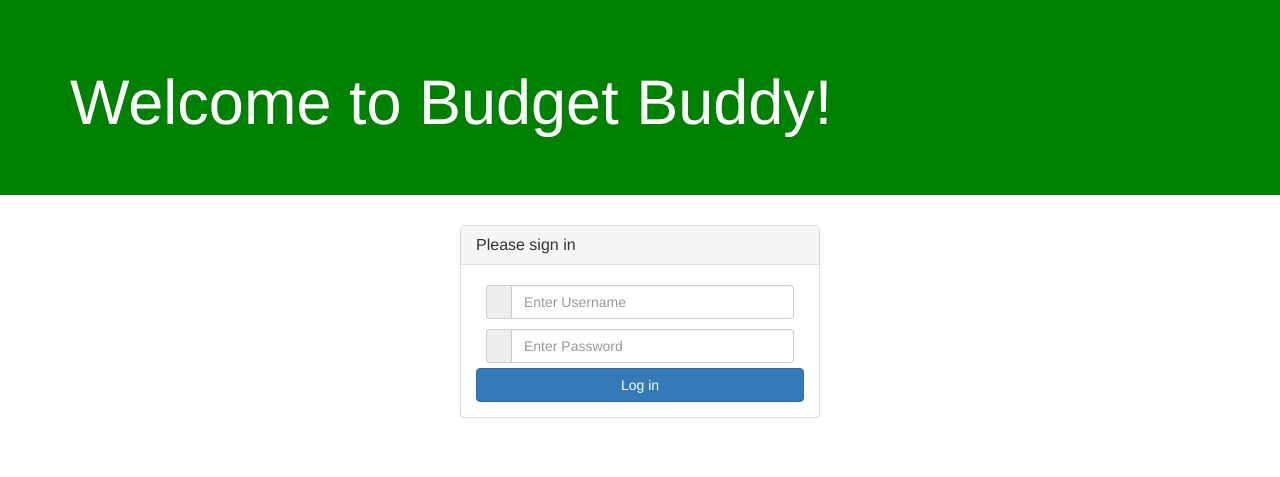
Repository: jdfost1/BudgetBuddy
Page: http://localhost/budgetbuddy/login
These files come from the project's save history. The page is drawn as it stood at one moment and after the next save; the edit follows.
The browser window is 1280 px wide. The pictures show the whole page.
Some web libraries are served in a nearby version. The page is served by Tomcat 9. Other server files are loaded and not shown.

Above is the page before, as saved 2018-10-09 06:41:16.

### budgetbuddy/src/main/webapp/WEB-INF/jsp/login.jsp
<%@ taglib prefix="c" uri="http://java.sun.com/jsp/jstl/core"%>
<%@ taglib prefix="form" uri="http://www.springframework.org/tags/form"%>
<%@ taglib prefix="spring" uri="http://www.springframework.org/tags"%>
<!DOCTYPE html>
<html>
<style type="text/css">
#section{
background-color:black;
}
#jumbo{
background-color:green;
}

#head1{
background-color:green;
color:white;
}
body{
background-color:green;
}
head{
background-color:green;
color:white;
}
</style>
<head>
<meta http-equiv="Content-Type" content="text/html; charset=ISO-8859-1">
<link rel="stylesheet"
   href="//netdna.bootstrapcdn.com/bootstrap/3.0.0/css/bootstrap.min.css">
<title>Budget Buddy Login</title>
</head>
<body>
   <section>
      <div id="jumbo"class="jumbotron">
         <div id="head1"class="container">
            <h1>Welcome to Budget Buddy!</h1>

         </div>
      </div>
   </section>
   <div class="container">
      <div class="row">
         <div class="col-md-4 col-md-offset-4">
            <div class="panel panel-default">
               <div class="panel-heading">
                  <h3 class="panel-title">Please sign in</h3>
               </div>
               <div class="panel-body">
<c:url var="loginUrl" value="/login" />
                  <form action="${loginUrl}" method="post" class="form-horizontal">

                     <c:if test="${param.error != null}">
                        <div class="alert alert-danger">
                           <p>Invalid username and password.</p>
                        </div>
                     </c:if>

                     <c:if test="${param.logout != null}">
                        <div class="alert alert-success">
                           <p>You have been logged out successfully.</p>
                        </div>
                     </c:if>

                     <c:if test="${param.accessDenied != null}">
                        <div class="alert alert-danger">
                           <p>Access Denied: You are not authorised! </p>
                        </div>
                     </c:if>

                     <div class="input-group input-sm">
                        <label class="input-group-addon" for="username"><i
                           class="fa fa-user"></i></label> <input type="text" class="form-control"
                           id="userId" name="userId" placeholder="Enter Username"
                           required>
                     </div>
                     <div class="input-group input-sm">
                        <label class="input-group-addon" for="password"><i
                           class="fa fa-lock"></i></label> <input type="password"
                           class="form-control" id="password" name="password"
                           placeholder="Enter Password" required>
                     </div>

                     <div class="form-actions">
                        <input type="submit"
                           class="btn btn-block btn-primary btn-default" value="Log in">
                     </div>
                  </form>
               </div>
            </div>
         </div>
      </div>
   </div>
</body>

After the next save:
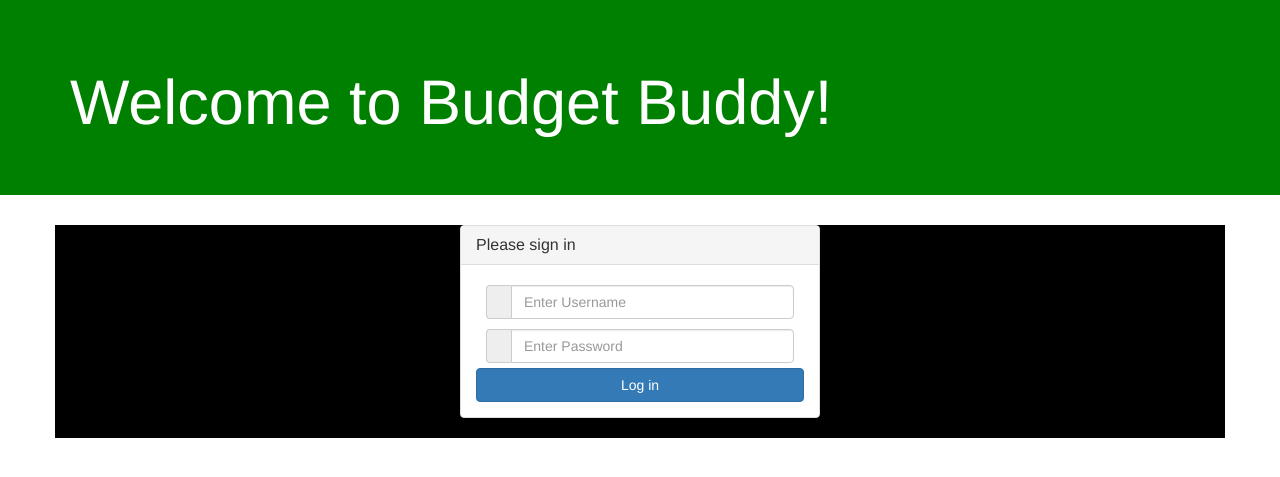
Saved 58 s later.
--- a/budgetbuddy/src/main/webapp/WEB-INF/jsp/login.jsp
+++ b/budgetbuddy/src/main/webapp/WEB-INF/jsp/login.jsp
@@ -22,6 +22,8 @@ head{
 background-color:green;
 color:white;
 }
+#bottom{
+background-color:black;}
 </style>
 <head>
 <meta http-equiv="Content-Type" content="text/html; charset=ISO-8859-1">
@@ -38,7 +40,7 @@ color:white;
          </div>
       </div>
    </section>
-   <div class="container">
+   <div id="bottom"class="container">
       <div class="row">
          <div class="col-md-4 col-md-offset-4">
             <div class="panel panel-default">
